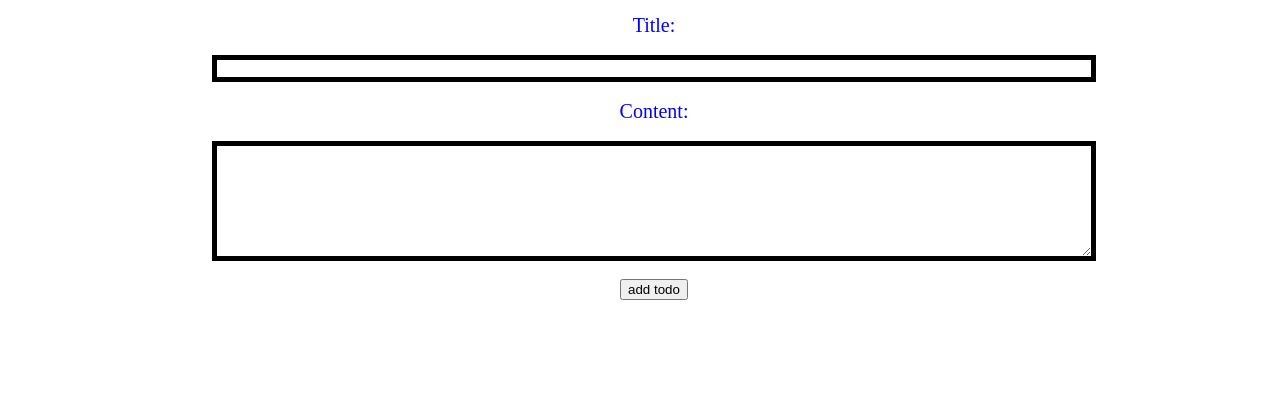
Repository: gabe126679/todo-list
Page: index.html
These files come from the project's save history. The page is drawn as it stood at one moment and after the next save; the edit follows.
The browser window is 1280 px wide. The page is 1288 px wide, so the pictures cover 1288 px, including what lies to the right of the window. The pictures show the whole page.

Above is the page before, as saved 2022-03-15 16:09:31.

After the next save:
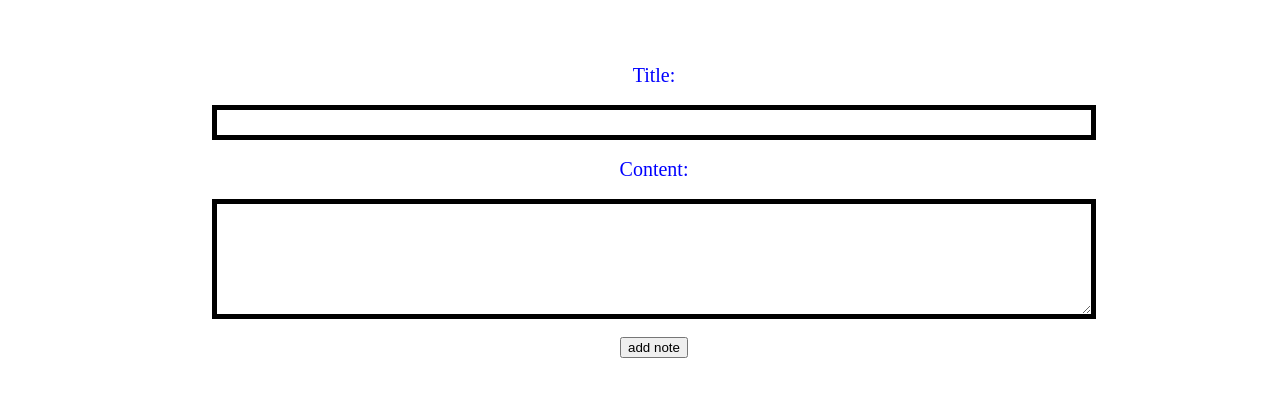
Console error: TypeError: Cannot read properties of null (reading 'length')
Saved 13 s later.
--- a/index.html
+++ b/index.html
@@ -1,4 +1,4 @@
-<html>
+<!-- <html>
     <body>
         <div class="container">
             <form id="todo-form">
@@ -73,4 +73,116 @@
         const form = document.getElementById("todo-form")
         form.addEventListener("submit", formFunction)
     </script>
+</html> -->
+<html>
+
+    <body>
+        <div class="container">
+            <form id="note-form">
+                <label for="title"> Title: </label>
+                    <br>
+                    <br>
+                <input type="text" id="title">
+                    <br>
+                    <br>
+                <label for="content"> Content: </label>
+                    <br>
+                    <br>
+                <textarea id="content"></textarea>
+                    <br>
+                    <br>
+                <button type="submit">add note </button>
+            </form>
+        </div>
+        <br>
+    </body>
+    <style>
+        .container {
+            margin: 12px;
+            padding: 2px;
+            text-align: center;
+            position: relative;
+            top: 50px;
+            width: 100%;
+        }
+        label {
+            color: blue;
+            font-size: 20px;
+        }
+        #title {
+            width: 70%;
+            border: 5px solid #000;
+            padding: 5px;
+            text-align: center;
+        }
+        #content {
+            width: 70%;
+            height: 120px;
+            border: 5px solid #000;
+            padding: 5px;
+            text-align: center;
+        }
+    </style>
+    <script>
+
+        let notes = [];
+        let newTitles = [];
+        let newContent = [];
+
+        var storedNotes = JSON.parse(localStorage.getItem("notes"));
+
+        if (storedNotes.length > 0) {
+            storedNotes.map(note => {
+                const noteTitle = document.createElement("h3");
+                noteTitle.innerText = note.title;
+                const noteContent = document.createElement("p");
+                noteContent.innerText = note.content;
+
+                document.body.appendChild(noteTitle);
+                document.body.appendChild(noteContent);
+            })
+        }
+
+        const title = document.getElementById("title");
+        const content = document.getElementById("content");
+
+        const myFunction = (e) => {
+            e.preventDefault();
+
+            if (!newTitles.includes(title.value) && !newContent.includes(content.value)) {
+
+                const noteTitle = document.createElement("h3");
+                noteTitle.innerText = title.value;
+                const noteContent = document.createElement("p");
+                noteContent.innerText = content.value;
+
+                document.body.appendChild(noteTitle);
+                document.body.appendChild(noteContent);
+
+                newTitles.push(title.value);
+                newContent.push(content.value);
+
+                const note = {
+                    title: title.value,
+                    content: content.value
+                }
+
+                notes.push(note);
+
+                storedNotes.map(note => {
+                    notes.push(note);
+                })
+
+                localStorage.setItem("notes", JSON.stringify(notes));
+
+            }
+            title.value = "";
+            content.value = "";
+        }
+
+        const form = document.getElementById('note-form');
+        form.addEventListener('submit', myFunction);
+
+    </script>
+
 </html>
